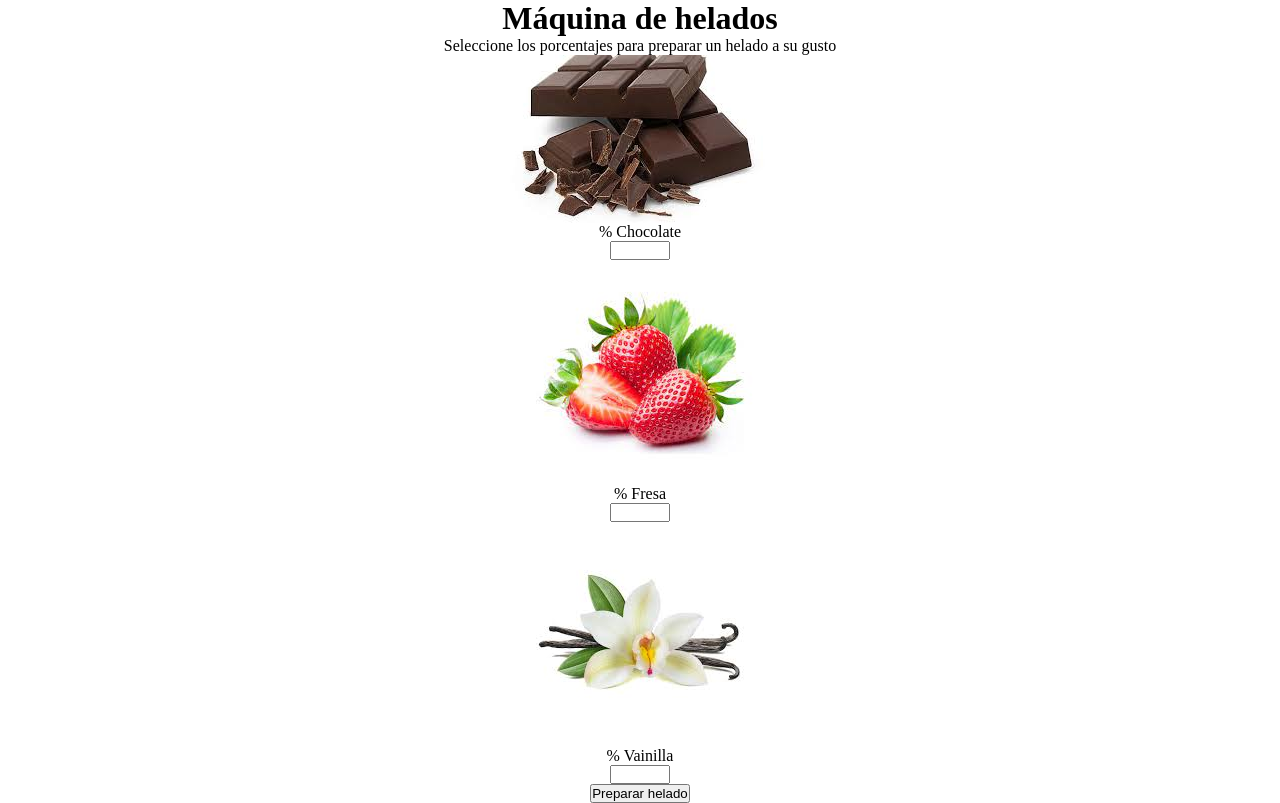
Repository: Ibizus/ejercicios_JSP
Page: http://localhost/ejercicios_Hector/ejercicio10/index.jsp
An editor plug-in stored every save of this project. The page is shown before and after the next save, followed by the edit.
The browser window is 1280 px wide. The pictures show the whole page.
The page is served by Tomcat 9.

Above is the page before, as saved 2023-11-16 13:28:00.

After the next save:
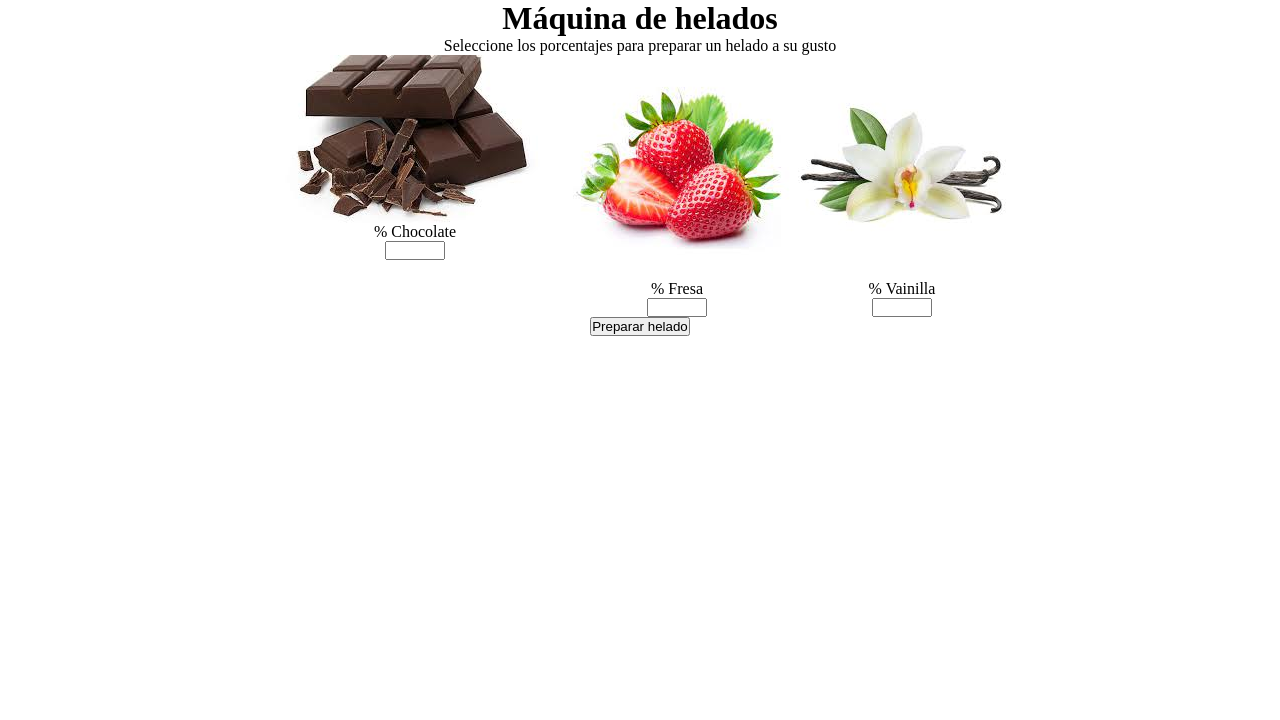
Saved 93 s later.
--- a/ejercicios_Hector/src/main/webapp/ejercicio10/index.jsp
+++ b/ejercicios_Hector/src/main/webapp/ejercicio10/index.jsp
@@ -13,20 +13,22 @@
 
 	<form method="post" action="helado.jsp">
 
-		<article>
-			<img alt="Chocolate" src="images/chocolate.jpeg">
-			% Chocolate <input type="number" min="0" max="100" step="1" name="choc">
-		</article>
-		<article>
-			<img alt="Fresa" src="images/fresa.jpeg">
-			% Fresa <input type="number" min="0" max="100" step="1" name="fresa">
-		</article>
-		<article>
-			<img alt="Vainilla" src="images/vainilla.jpeg">
-			% Vainilla <input type="number" min="0" max="100" step="1" name="vainilla">
-		</article>
+		<section>
+			<article>
+				<img alt="Chocolate" src="images/chocolate.jpeg">
+				% Chocolate <input type="number" min="0" max="100" step="1" name="choc">
+			</article>
+			<article>
+				<img alt="Fresa" src="images/fresa.jpeg">
+				% Fresa <input type="number" min="0" max="100" step="1" name="fresa">
+			</article>
+			<article>
+				<img alt="Vainilla" src="images/vainilla.jpeg">
+				% Vainilla <input type="number" min="0" max="100" step="1" name="vainilla">
+			</article>
+		</section>
 
-	<input type="submit" value="Preparar helado">
+		<input type="submit" value="Preparar helado">
 	</form>
 
 </body>
